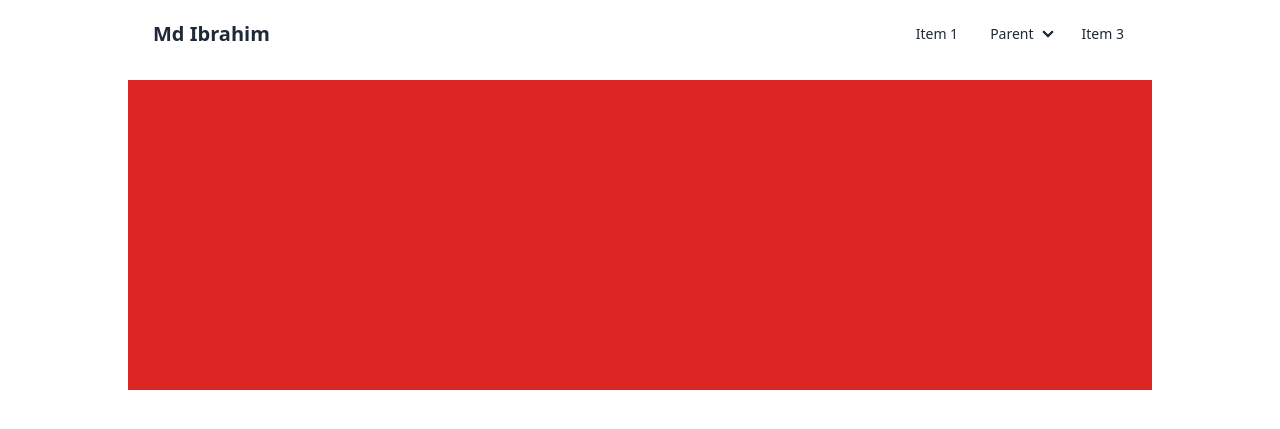
Repository: mdrubel02/portfilo
Page: /
The author's editor kept a copy of each file at every save. The page is drawn from the files as they stood at one save, then again after the next save.
The browser window is 1280 px wide. The pictures show the whole page.
The project was rebuilt for these pictures with package versions that can differ from the ones it lists, and the page was loaded fresh each time. Also part of the build but not shown: vite.config.js.

Above is the page before, as saved 2023-06-22 20:10:10.

### src/main.jsx
import React from 'react'
import ReactDOM from 'react-dom/client'
import './index.css'
import { RouterProvider } from 'react-router-dom'
import router from './Layout/routes'



ReactDOM.createRoot(document.getElementById('root')).render(
  <React.StrictMode>
    <div className='max-w-screen-lg mx-auto'>
      <RouterProvider router={router} />
    </div>
  </React.StrictMode>,
)

### src/Layout/routes.jsx
import { createBrowserRouter } from "react-router-dom";
import Main from "./Main";
import Home from "../Pages/Home/Home";


const router = createBrowserRouter([
  {
    path: "/",
    element: <Main />,
    children: [
      { path: '/', element: <Home /> },
      { path: '/home', element: <Home /> }
    ]
  }
]);

export default router;

### src/Layout/Main.jsx
import React from 'react';
import Navbar from '../Shared/Navbar/Navbar';
import { Outlet } from 'react-router-dom';

const Main = () => {
    return (
        <div className=''>
            <Navbar />
            <Outlet />
        </div>
    );
};

export default Main;

### src/Pages/Home/Home.jsx
import React from 'react';
import profile from '../../assets/nayeem.jpg'

const Home = () => {
    return (
        <div className='mt-3'>
            <div className='h-[310px] bg-red-600'>
                <div className='grid grid-rows-2 grid-flow-col gap-4'>
                    <div className=''>
                        <div className='relative h-full'>
                        <img className='h-2/5 absolute' src={profile} alt="profile" />
                        </div>
                    </div>
                    <div></div>
                </div>
            </div>
        </div>
    );
};

export default Home;

### src/Shared/Navbar/Navbar.jsx
import React from 'react';

const Navbar = () => {
    return (
        <div className="navbar bg-base-100 ">
            <div className="navbar-start">
            <div className="dropdown ">
                    <label tabIndex={0} className="btn btn-ghost lg:hidden">
                        <svg xmlns="http://www.w3.org/2000/svg" className="h-5 w-5" fill="none" viewBox="0 0 24 24" stroke="currentColor"><path strokeLinecap="round" strokeLinejoin="round" strokeWidth="2" d="M4 6h16M4 12h8m-8 6h16" /></svg>
                    </label>
                    <ul tabIndex={0} className="menu menu-sm dropdown-content mt-3 z-[1] p-2 shadow bg-base-100 rounded-box w-52">
                        <li><a>Item 1</a></li>
                        <li>
                            <a>Parent</a>
                            <ul className="p-2">
                                <li><a>Submenu 1</a></li>
                                <li><a>Submenu 2</a></li>
                            </ul>
                        </li>
                        <li><a>Item 3</a></li>
                    </ul>
                </div>
                <a className="btn btn-ghost normal-case text-xl">Md Ibrahim</a>
            </div>
            <div className="navbar-end hidden lg:flex">
                <ul className="menu menu-horizontal px-1">
                    <li><a>Item 1</a></li>
                    <li tabIndex={0}>
                        <details>
                            <summary>Parent</summary>
                            <ul className="p-2">
                                <li><a>Submenu 1</a></li>
                                <li><a>Submenu 2</a></li>
                            </ul>
                        </details>
                    </li>
                    <li><a>Item 3</a></li>
                </ul>
            </div>


        </div>
    );
};

export default Navbar;

Loaded but not shown: index.html (common file); src/index.css (common file); tailwind.config.js (common file)

After the next save:
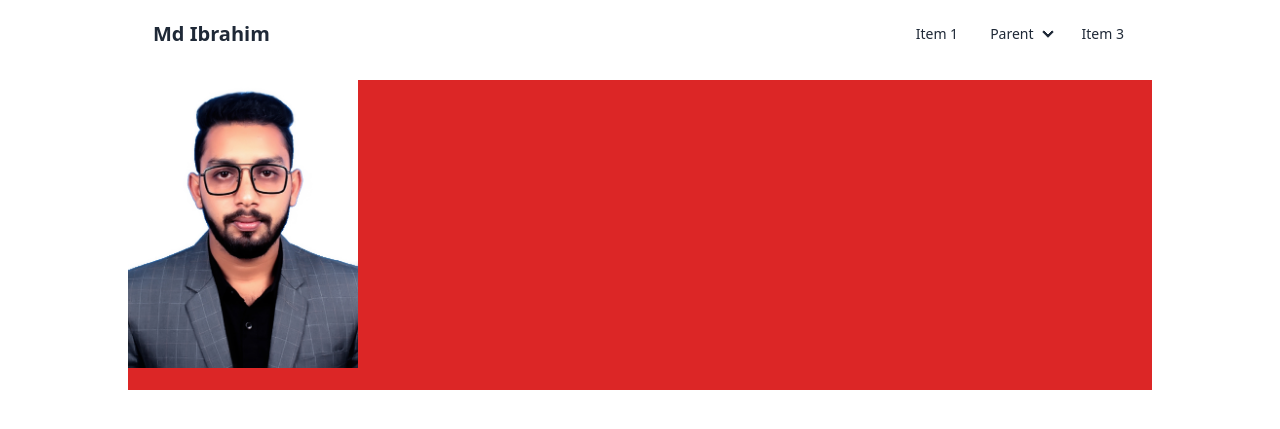
Saved 22 s later.
--- a/src/Pages/Home/Home.jsx
+++ b/src/Pages/Home/Home.jsx
@@ -7,8 +7,8 @@
             <div className='h-[310px] bg-red-600'>
                 <div className='grid grid-rows-2 grid-flow-col gap-4'>
                     <div className=''>
-                        <div className='relative h-full'>
-                        <img className='h-2/5 absolute' src={profile} alt="profile" />
+                        <div className=' h-full'>
+                        <img className='h-2/5 absolute ' src={profile} alt="profile" />
                         </div>
                     </div>
                     <div></div>

After the save that followed:
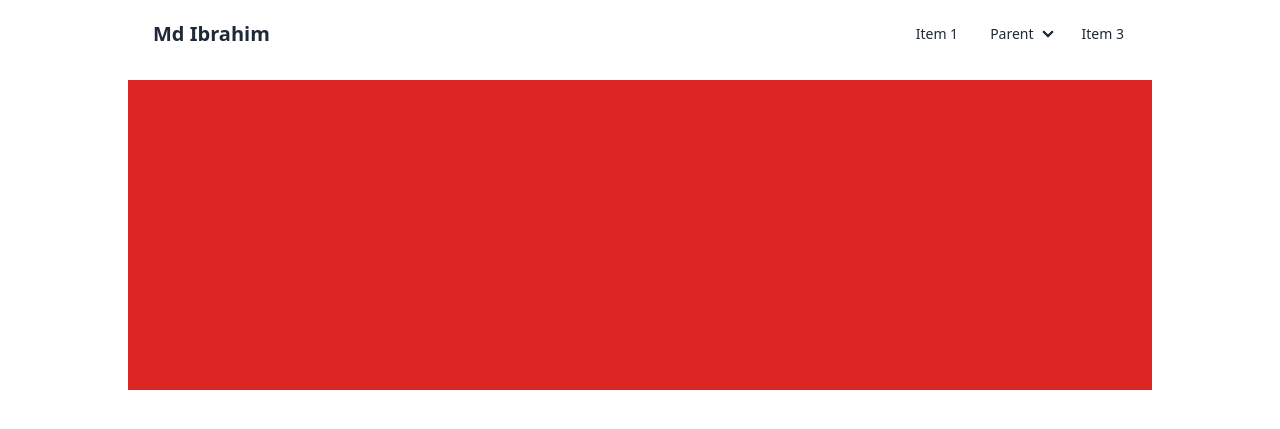
Saved 13 s later.
--- a/src/Pages/Home/Home.jsx
+++ b/src/Pages/Home/Home.jsx
@@ -6,8 +6,8 @@
         <div className='mt-3'>
             <div className='h-[310px] bg-red-600'>
                 <div className='grid grid-rows-2 grid-flow-col gap-4'>
-                    <div className=''>
-                        <div className=' h-full'>
+                    <div className='relative'>
+                        <div className='h-full'>
                         <img className='h-2/5 absolute ' src={profile} alt="profile" />
                         </div>
                     </div>
